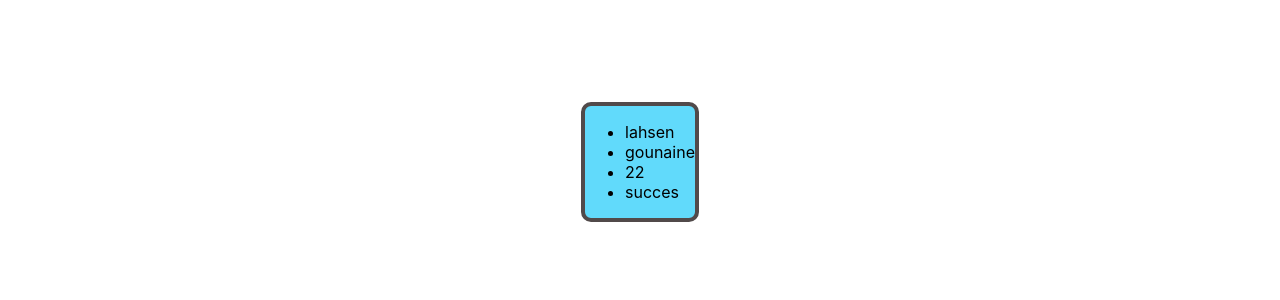
Repository: gounaine/Add_candidat
Page: /
These files come from the project's save history. The page is drawn as it stood at one moment and after the next save; the edit follows.
The browser window is 1280 px wide. The pictures show the whole page.
The project was rebuilt for these pictures with package versions that can differ from the ones it lists, and the page was loaded fresh each time.

Above is the page before, as saved 2024-05-26 20:18:57.

After the next save:
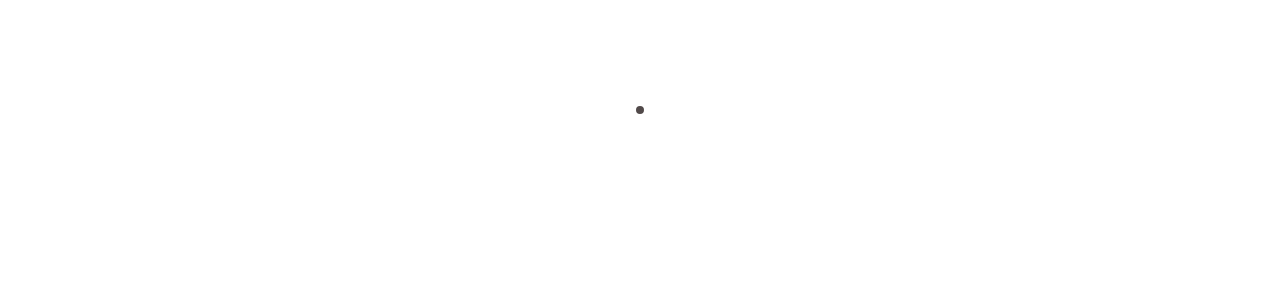
Saved 2 min 9 s later.
--- a/src/person.js
+++ b/src/person.js
@@ -1,20 +1,23 @@
-export default function Person({data}){
+export default function Person({data,}){
 
 
 return(
  <>
     <div className="Card">
 
-
-
+        {
+            data.forEach(
+                (element)=>{
                     <ul>
-                        <li>{data[0].firsTname}</li>
-                        <li>{data[0].lastName}</li>
-                        <li>{data[0].Age}</li>
-                        <li>{data[0].Etat}</li>
+                        <li>{element.firsTname}</li>
+                        <li>{element.lastName}</li>
+                        <li>{element.Age}</li>
+                        <li>{element.Etat}</li>
                     </ul>
 
-
+                }
+            )
+        }
 
    </div>
 

After the 2 saves that followed:
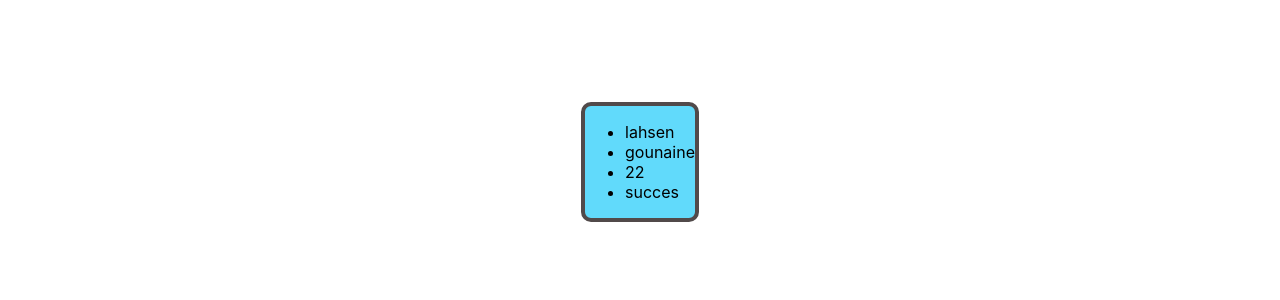
The 2 saves are shown as one change because 1 left the picture as it was.
The last was saved 2 min 32 s later.
--- a/src/person.js
+++ b/src/person.js
@@ -1,28 +1,16 @@
-export default function Person({data,}){
+import React from 'react';
 
-
-return(
- <>
+export default function Person({ data }) {
+  return (
     <div className="Card">
-
-        {
-            data.forEach(
-                (element)=>{
-                    <ul>
-                        <li>{element.firsTname}</li>
-                        <li>{element.lastName}</li>
-                        <li>{element.Age}</li>
-                        <li>{element.Etat}</li>
-                    </ul>
-
-                }
-            )
-        }
-
-   </div>
-
- </>
-);
-
-
+      {data.map((element, index) => (
+        <ul key={index}>
+          <li>{element.firsTname}</li>
+          <li>{element.lastName}</li>
+          <li>{element.Age}</li>
+          <li>{element.Etat}</li>
+        </ul>
+      ))}
+    </div>
+  );
 }
